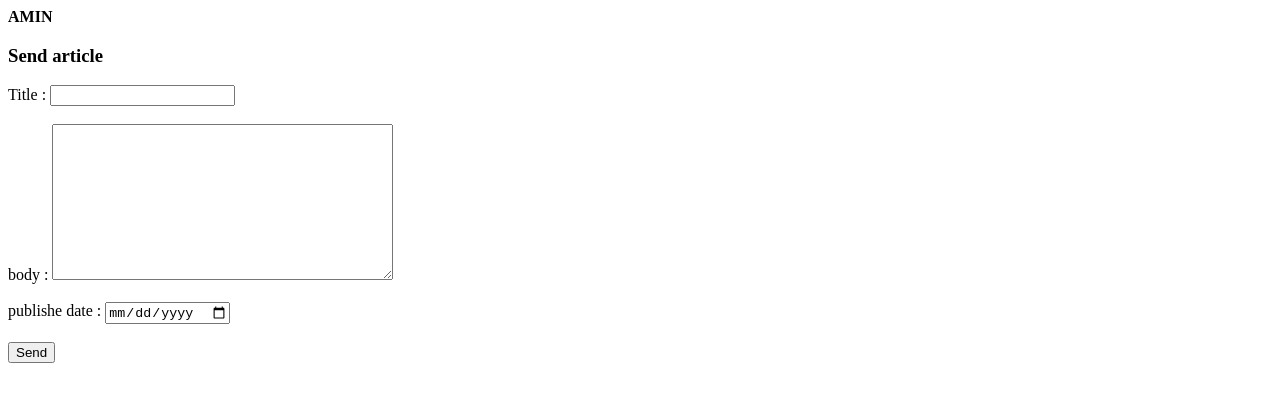
Repository: aminsheikhan/amins-github
Page: index.html
These files come from the project's save history. The page is drawn as it stood at one moment and after a run of saves; the edit follows.
The browser window is 1280 px wide. The pictures show the whole page.

Above is the page before, as saved 2025-12-10 12:53:22.

After the next 5 saves:
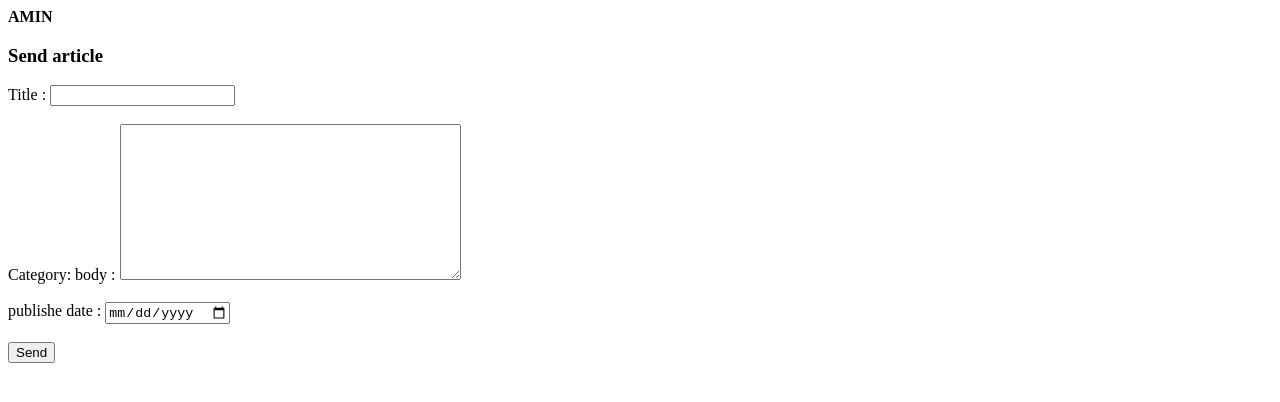
The 5 saves are shown as one change because they came seconds apart.
The last was saved 17 s later.
--- a/index.html
+++ b/index.html
@@ -66,7 +66,7 @@
             <input type="" name="title">
             <br><br>
 
-            <label></label>
+            <label>Category:</label>
 
             <label>body :</label>
             <textarea name="body" cols="40" rows="10"></textarea>
